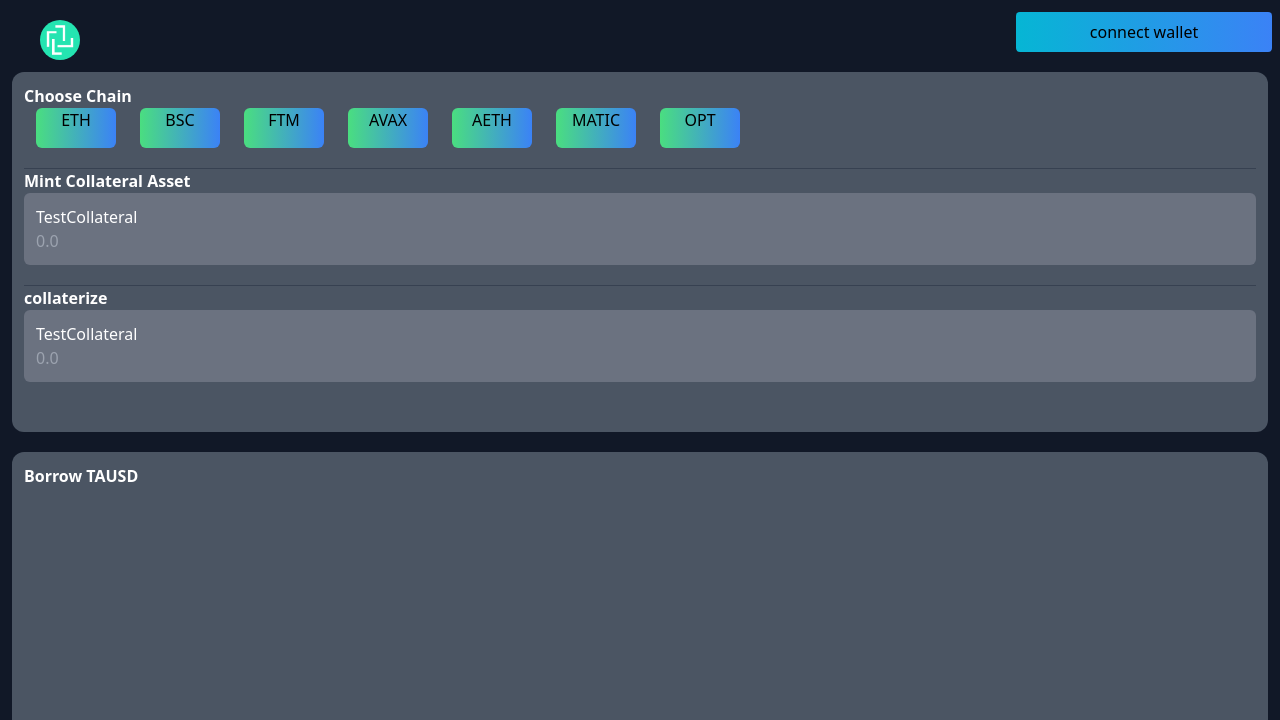
Repository: AstriaFinance/AstriaMvp
Page: /
These files come from the project's save history. The page is drawn as it stood at one moment and after the next save; the edit follows.
The browser window is 1280 px wide. The pictures show the whole page.
An inner scrolling area shows only its first screen. The project was rebuilt for these pictures with package versions that can differ from the ones it lists, and the page was loaded fresh each time. Also part of the build but not shown: src/components/Nav.jsx, src/components/ErrorPage.jsx.

Above is the page before, as saved 2022-07-04 10:38:07.

### src/index.css
@tailwind base;
@tailwind components;
@tailwind utilities;

@import url("https://fonts.googleapis.com/css2?family=Gentium+Book+Plus:ital@1&display=swap");

### src/App.js
import { Nav, Home, ErrorPage } from "./components";
import { BrowserRouter as Router, Routes, Route, Link } from "react-router-dom";
function App() {
  return (
    <Router>
      <Routes>
        <Route path="/" element={<Home />} />
        <Route path="/AstriaMvp" element={<Home />} />
        <Route path="*" element={<ErrorPage />} />
      </Routes>
    </Router>
  );
}

export default App;

### src/components/index.js
export { default as Nav } from "./Nav";
export { default as ErrorPage } from "./ErrorPage";
export { default as Home } from "./Home";

### src/components/Home.jsx
import React, { useEffect, useState } from "react";
import astriaPorta_abi from "../contracts/astriaPorta_abi.json";
import testEth_abi from "../contracts/testEth_abi";
import xap_abi from "../contracts/xap_abi.json";
import logo from "../static/astria2.jpg";
import { ethers } from "ethers";

const Home = () => {
  const contractAddress = "0x1b3781eA482113695622EF6C31Fb38c4e02C95A0";
  const testEthContractAddress = "0x8c5696f345827C2d5A7a2e48F815A428eCC87437";
  const xapContractAddress = "0x5272c7F5eA6E5F9bb88f20B9f47Bd0f29e5921EC";
  const [conButtonText, setConButtonText] = useState("connect wallet");
  const [errorMessage, setErrorMessage] = useState(null);
  const [defaultAccount, setDefaultAccount] = useState(null);
  const [provider, setProvider] = useState(null);
  const [signer, setSigner] = useState(null);
  const [contract, setContract] = useState(null);
  const [transferHash, setTransferHah] = useState(null);
  const [depositHash, setDepositHash] = useState(null);
  const [testEthContract, setTestEthContract] = useState(null);
  const [borrowHash, setBorrowHash] = useState(null);
  const [sendHash, setSendHash] = useState(null);
  const [xapContract, setxapContract] = useState(null);
  const [TausdBalance, setTausdBalance] = useState(null);
  const [TestBalance, setTestBalance] = useState(null);

  const connectWalletHandler = () => {
    if (window.ethereum) {
      window.ethereum
        .request({ method: "eth_requestAccounts" })
        .then((result) => {
          accountChangedHandler(result[0]);
          setConButtonText("Wallet connected");
        })
        .catch((error) => {
          setErrorMessage(error.message);
        });
    } else {
      console.log("Install Metamask");
      setErrorMessage("Please Install Metamask");
    }
    TausdbalanceHandler();
    testColleteralHandler();
  };

  const accountChangedHandler = (newAddress) => {
    setDefaultAccount(newAddress);
    updateEthers();
  };

  const updateEthers = () => {
    let tempProvider = new ethers.providers.Web3Provider(window.ethereum);
    let tempSigner = tempProvider.getSigner();
    let tempContract = new ethers.Contract(
      contractAddress,
      astriaPorta_abi,
      tempSigner
    );
    let testEthContract = new ethers.Contract(
      testEthContractAddress,
      testEth_abi,
      tempSigner
    );
    let xapContract = new ethers.Contract(
      xapContractAddress,
      xap_abi,
      tempSigner
    );
    setProvider(tempProvider);
    setSigner(tempSigner);
    setContract(tempContract);
    setTestEthContract(testEthContract);
    setxapContract(xapContract);
  };

  const mintHandler = async (e) => {
    e.preventDefault();
    let mintAmount = e.target.mintAmount.value;

    let txn = await contract.Mint(mintAmount);
    setTransferHah(txn);
  };

  const depositHandler = async (e) => {
    e.preventDefault();
    let depositAmount = e.target.depositAmount.value;

    let depositTxn = await contract.deposit(depositAmount);
    setDepositHash(depositTxn);
  };

  const borrowHandler = async (e) => {
    e.preventDefault();
    let borrowAmount = e.target.borrowAmount.value;
    let borrowtxn = await contract.borrow(borrowAmount);
    setBorrowHash(borrowtxn);
  };

  const sendTokenHandler = async (e) => {
    e.preventDefault();
    let messageFee = ethers.utils.parseEther("0.025");
    let tempSigner = signer.getAddress();
    let dstChainId = 10002;
    let to = tempSigner;
    let qty = e.target.qty.value;
    let zeroPaymentAddress = tempSigner;
    let adapterParam = "0x";
    let sendTokenTransaction = await xapContract.sendTokens(
      dstChainId,
      to,
      qty,
      zeroPaymentAddress,
      adapterParam,
      { value: ethers.utils.parseEther("0.01") }
    );
    setSendHash(sendTokenTransaction);
  };

  const approveTestEth = async (e) => {
    e.preventDefault();
    await testEthContract.approve(contractAddress, "9007199254740990");
  };

  const TausdbalanceHandler = async () => {
    let balanceTausdToken = await xapContract.balanceOf(defaultAccount);
    let balanceTausdNum = balanceTausdToken.toNumber();
    let decimals = await xapContract.decimals();
    let tokenBalance = balanceTausdNum / Math.pow(10, decimals);
    setTausdBalance(toFixed(tokenBalance));
  };

  const testColleteralHandler = async () => {
    let balanceTestToken = await testEthContract.balanceOf(defaultAccount);
    let balanceTestTokenNum = balanceTestToken.toNumber();
    let decimals = await testEthContract.decimals();
    let tokenBalance = balanceTestTokenNum / Math.pow(10, decimals);

    setTestBalance(toFixed(tokenBalance));
  };

  function toFixed(x) {
    if (Math.abs(x) < 1.0) {
      var e = parseInt(x.toString().split("e-")[1]);
      if (e) {
        x *= Math.pow(10, e - 1);
        x = "0." + new Array(e).join("0") + x.toString().substring(2);
      }
    } else {
      var e = parseInt(x.toString().split("+")[1]);
      if (e > 20) {
        e -= 20;
        x /= Math.pow(10, e);
        x += new Array(e + 1).join("0");
      }
    }
    return x;
  }
  useEffect(() => {
    if (contract != null) {
    }
  }, []);
  return (
    <div className="bg-gray-900 h-screen overflow-y-auto">
      <div className="flex justify-between">
        <img src={logo} alt="" className="h-10 mt-5 mx-10 rounded-full" />

        <button
          onClick={connectWalletHandler}
          className="bg-gradient-to-r from-cyan-500 to-blue-500 rounded w-64 h-10 mt-3 mr-2"
        >
          {conButtonText}
        </button>
      </div>
      <div className="bg-gray-600 rounded-xl h-1/2 mx-3 my-3 p-3 ">
        <h2 className="text-white font-bold ">Choose Chain</h2>
        <div className="flex  overflow-x-auto text-center">
          <div className=" bg-gradient-to-r from-green-400 to-blue-500 rounded-md h-10 w-20 items-center    mx-3">
            ETH
          </div>
          <div className="bg-gradient-to-r from-green-400 to-blue-500 rounded-md w-20  mx-3">
            BSC
          </div>
          <div className="bg-gradient-to-r from-green-400 to-blue-500 rounded-md w-20  mx-3">
            FTM
          </div>
          <div className="bg-gradient-to-r from-green-400 to-blue-500 rounded-md w-20  mx-3">
            AVAX
          </div>
          <div className="bg-gradient-to-r from-green-400 to-blue-500 rounded-md w-20  mx-3">
            AETH
          </div>
          <div className="bg-gradient-to-r from-green-400 to-blue-500 rounded-md w-20  mx-3">
            MATIC
          </div>
          <div className="bg-gradient-to-r from-green-400 to-blue-500 rounded-md w-20  mx-3 ">
            OPT
          </div>
        </div>

        <div>
          <div className="text-white font-bold mt-5  border-t border-gray-700">
            Mint Collateral Asset
          </div>
          <div className="bg-gray-500 p-3 rounded-md">
            <form action="">
              <div className="text-white font-thin">TestCollateral </div>
              <input
                type="number"
                placeholder="0.0"
                className="w-full bg-gray-500"
              />
            </form>
          </div>
        </div>

        <div>
          <div className="text-white font-bold mt-5  border-t border-gray-700">
            collaterize
          </div>
          <div className="bg-gray-500 p-3 rounded-md">
            <form action="">
              <div className="text-white font-thin">TestCollateral </div>
              <input
                type="number"
                placeholder="0.0"
                className="w-full bg-gray-500 "
              />
            </form>
          </div>
        </div>
      </div>
      <div className="bg-gray-600 rounded-xl h-1/2 mx-3 my-5 p-3 ">
        <h2 className="text-white font-bold ">Borrow TAUSD</h2>
      </div>
    </div>
  );
};

export default Home;

### src/contracts/astriaPorta_abi.json
[
	{
		"inputs": [
			{
				"internalType": "contract IXAP",
				"name": "_XAP",
				"type": "address"
			}
		],
		"stateMutability": "nonpayable",
		"type": "constructor"
	},
	{
		"anonymous": false,
		"inputs": [
			{
				"indexed": true,
				"internalType": "address",
				"name": "masterContract",
				"type": "address"
			},
			{
				"indexed": false,
				"internalType": "bytes",
				"name": "data",
				"type": "bytes"
			},
			{
				"indexed": true,
				"internalType": "address",
				"name": "cloneAddress",
				"type": "address"
			}
		],
		"name": "LogDeploy",
		"type": "event"
	},
	{
		"anonymous": false,
		"inputs": [
			{
				"indexed": false,
				"internalType": "address",
				"name": "to",
				"type": "address"
			},
			{
				"indexed": false,
				"internalType": "uint256",
				"name": "amount",
				"type": "uint256"
			}
		],
		"name": "Minted",
		"type": "event"
	},
	{
		"anonymous": false,
		"inputs": [
			{
				"indexed": false,
				"internalType": "address",
				"name": "from",
				"type": "address"
			},
			{
				"indexed": false,
				"internalType": "uint256",
				"name": "amount",
				"type": "uint256"
			}
		],
		"name": "borrowed",
		"type": "event"
	},
	{
		"anonymous": false,
		"inputs": [
			{
				"indexed": false,
				"internalType": "address",
				"name": "from",
				"type": "address"
			},
			{
				"indexed": false,
				"internalType": "uint256",
				"name": "amount",
				"type": "uint256"
			}
		],
		"name": "deposited",
		"type": "event"
	},
	{
		"inputs": [],
		"name": "BORROW_OPENING_FEE",
		"outputs": [
			{
				"internalType": "uint256",
				"name": "",
				"type": "uint256"
			}
		],
		"stateMutability": "view",
		"type": "function"
	},
	{
		"inputs": [],
		"name": "COLLATERIZATION_RATE",
		"outputs": [
			{
				"internalType": "uint256",
				"name": "",
				"type": "uint256"
			}
		],
		"stateMutability": "view",
		"type": "function"
	},
	{
		"inputs": [],
		"name": "LIQUIDATION_MULTIPLIER",
		"outputs": [
			{
				"internalType": "uint256",
				"name": "",
				"type": "uint256"
			}
		],
		"stateMutability": "view",
		"type": "function"
	},
	{
		"inputs": [
			{
				"internalType": "uint256",
				"name": "_amount",
				"type": "uint256"
			}
		],
		"name": "Mint",
		"outputs": [],
		"stateMutability": "nonpayable",
		"type": "function"
	},
	{
		"inputs": [],
		"name": "XAP",
		"outputs": [
			{
				"internalType": "contract IXAP",
				"name": "",
				"type": "address"
			}
		],
		"stateMutability": "view",
		"type": "function"
	},
	{
		"inputs": [
			{
				"internalType": "address",
				"name": "_spender",
				"type": "address"
			},
			{
				"internalType": "uint256",
				"name": "_amount",
				"type": "uint256"
			}
		],
		"name": "approve",
		"outputs": [],
		"stateMutability": "nonpayable",
		"type": "function"
	},
	{
		"inputs": [
			{
				"internalType": "uint256",
				"name": "amount",
				"type": "uint256"
			}
		],
		"name": "borrow",
		"outputs": [],
		"stateMutability": "nonpayable",
		"type": "function"
	},
	{
		"inputs": [
			{
				"internalType": "uint16",
				"name": "_dstChainId",
				"type": "uint16"
			},
			{
				"internalType": "bytes",
				"name": "_to",
				"type": "bytes"
			},
			{
				"internalType": "uint256",
				"name": "amount",
				"type": "uint256"
			},
			{
				"internalType": "address",
				"name": "_zroPaymentAddress",
				"type": "address"
			},
			{
				"internalType": "bytes",
				"name": "_adapterParam",
				"type": "bytes"
			}
		],
		"name": "borrowTo",
		"outputs": [],
		"stateMutability": "nonpayable",
		"type": "function"
	},
	{
		"inputs": [],
		"name": "collateral",
		"outputs": [
			{
				"internalType": "contract ITestETH",
				"name": "",
				"type": "address"
			}
		],
		"stateMutability": "view",
		"type": "function"
	},
	{
		"inputs": [
			{
				"internalType": "address",
				"name": "masterContract",
				"type": "address"
			},
			{
				"internalType": "bytes",
				"name": "data",
				"type": "bytes"
			},
			{
				"internalType": "bool",
				"name": "useCreate2",
				"type": "bool"
			}
		],
		"name": "deploy",
		"outputs": [
			{
				"internalType": "address",
				"name": "cloneAddress",
				"type": "address"
			}
		],
		"stateMutability": "payable",
		"type": "function"
	},
	{
		"inputs": [
			{
				"internalType": "uint256",
				"name": "amount",
				"type": "uint256"
			}
		],
		"name": "deposit",
		"outputs": [],
		"stateMutability": "payable",
		"type": "function"
	},
	{
		"inputs": [
			{
				"internalType": "address",
				"name": "",
				"type": "address"
			}
		],
		"name": "depositsToAmount",
		"outputs": [
			{
				"internalType": "uint256",
				"name": "",
				"type": "uint256"
			}
		],
		"stateMutability": "view",
		"type": "function"
	},
	{
		"inputs": [],
		"name": "feeTo",
		"outputs": [
			{
				"internalType": "address",
				"name": "",
				"type": "address"
			}
		],
		"stateMutability": "view",
		"type": "function"
	},
	{
		"inputs": [
			{
				"internalType": "bytes",
				"name": "data",
				"type": "bytes"
			}
		],
		"name": "init",
		"outputs": [],
		"stateMutability": "payable",
		"type": "function"
	},
	{
		"inputs": [
			{
				"internalType": "address",
				"name": "",
				"type": "address"
			}
		],
		"name": "masterContractOf",
		"outputs": [
			{
				"internalType": "address",
				"name": "",
				"type": "address"
			}
		],
		"stateMutability": "view",
		"type": "function"
	},
	{
		"inputs": [],
		"name": "oracle",
		"outputs": [
			{
				"internalType": "contract IOracle",
				"name": "",
				"type": "address"
			}
		],
		"stateMutability": "view",
		"type": "function"
	},
	{
		"inputs": [],
		"name": "oracleData",
		"outputs": [
			{
				"internalType": "bytes",
				"name": "",
				"type": "bytes"
			}
		],
		"stateMutability": "view",
		"type": "function"
	},
	{
		"inputs": [
			{
				"internalType": "contract ITestETH",
				"name": "_collateral",
				"type": "address"
			}
		],
		"name": "setTestColleteral",
		"outputs": [],
		"stateMutability": "nonpayable",
		"type": "function"
	},
	{
		"inputs": [],
		"name": "testColleteral",
		"outputs": [
			{
				"internalType": "contract ITestETH",
				"name": "",
				"type": "address"
			}
		],
		"stateMutability": "view",
		"type": "function"
	},
	{
		"inputs": [],
		"name": "totalDeposits",
		"outputs": [
			{
				"internalType": "uint256",
				"name": "",
				"type": "uint256"
			}
		],
		"stateMutability": "view",
		"type": "function"
	}
]

### src/contracts/testEth_abi.json
[
	{
		"inputs": [],
		"stateMutability": "nonpayable",
		"type": "constructor"
	},
	{
		"anonymous": false,
		"inputs": [
			{
				"indexed": true,
				"internalType": "address",
				"name": "owner",
				"type": "address"
			},
			{
				"indexed": true,
				"internalType": "address",
				"name": "spender",
				"type": "address"
			},
			{
				"indexed": false,
				"internalType": "uint256",
				"name": "value",
				"type": "uint256"
			}
		],
		"name": "Approval",
		"type": "event"
	},
	{
		"anonymous": false,
		"inputs": [
			{
				"indexed": true,
				"internalType": "address",
				"name": "previousOwner",
				"type": "address"
			},
			{
				"indexed": true,
				"internalType": "address",
				"name": "newOwner",
				"type": "address"
			}
		],
		"name": "OwnershipTransferred",
		"type": "event"
	},
	{
		"anonymous": false,
		"inputs": [
			{
				"indexed": true,
				"internalType": "address",
				"name": "from",
				"type": "address"
			},
			{
				"indexed": true,
				"internalType": "address",
				"name": "to",
				"type": "address"
			},
			{
				"indexed": false,
				"internalType": "uint256",
				"name": "value",
				"type": "uint256"
			}
		],
		"name": "Transfer",
		"type": "event"
	},
	{
		"inputs": [
			{
				"internalType": "address",
				"name": "owner",
				"type": "address"
			},
			{
				"internalType": "address",
				"name": "spender",
				"type": "address"
			}
		],
		"name": "allowance",
		"outputs": [
			{
				"internalType": "uint256",
				"name": "",
				"type": "uint256"
			}
		],
		"stateMutability": "view",
		"type": "function"
	},
	{
		"inputs": [
			{
				"internalType": "address",
				"name": "spender",
				"type": "address"
			},
			{
				"internalType": "uint256",
				"name": "amount",
				"type": "uint256"
			}
		],
		"name": "approve",
		"outputs": [
			{
				"internalType": "bool",
				"name": "",
				"type": "bool"
			}
		],
		"stateMutability": "nonpayable",
		"type": "function"
	},
	{
		"inputs": [
			{
				"internalType": "address",
				"name": "account",
				"type": "address"
			}
		],
		"name": "balanceOf",
		"outputs": [
			{
				"internalType": "uint256",
				"name": "",
				"type": "uint256"
			}
		],
		"stateMutability": "view",
		"type": "function"
	},
	{
		"inputs": [
			{
				"internalType": "uint256",
				"name": "amount",
				"type": "uint256"
			}
		],
		"name": "burn",
		"outputs": [],
		"stateMutability": "nonpayable",
		"type": "function"
	},
	{
		"inputs": [
			{
				"internalType": "address",
				"name": "account",
				"type": "address"
			},
			{
				"internalType": "uint256",
				"name": "amount",
				"type": "uint256"
			}
		],
		"name": "burnFrom",
		"outputs": [],
		"stateMutability": "nonpayable",
		"type": "function"
	},
	{
		"inputs": [],
		"name": "decimals",
		"outputs": [
			{
				"internalType": "uint8",
				"name": "",
				"type": "uint8"
			}
		],
		"stateMutability": "view",
		"type": "function"
	},
	{
		"inputs": [
			{
				"internalType": "address",
				"name": "spender",
				"type": "address"
			},
			{
				"internalType": "uint256",
				"name": "subtractedValue",
				"type": "uint256"
			}
		],
		"name": "decreaseAllowance",
		"outputs": [
			{
				"internalType": "bool",
				"name": "",
				"type": "bool"
			}
		],
		"stateMutability": "nonpayable",
		"type": "function"
	},
	{
		"inputs": [
			{
				"internalType": "address",
				"name": "spender",
				"type": "address"
			},
			{
				"internalType": "uint256",
				"name": "addedValue",
				"type": "uint256"
			}
		],
		"name": "increaseAllowance",
		"outputs": [
			{
				"internalType": "bool",
				"name": "",
				"type": "bool"
			}
		],
		"stateMutability": "nonpayable",
		"type": "function"
	},
	{
		"inputs": [
			{
				"internalType": "address",
				"name": "to",
				"type": "address"
			},
			{
				"internalType": "uint256",
				"name": "amount",
				"type": "uint256"
			}
		],
		"name": "mint",
		"outputs": [],
		"stateMutability": "nonpayable",
		"type": "function"
	},
	{
		"inputs": [],
		"name": "name",
		"outputs": [
			{
				"internalType": "string",
				"name": "",
				"type": "string"
			}
		],
		"stateMutability": "view",
		"type": "function"
	},
	{
		"inputs": [],
		"name": "owner",
		"outputs": [
			{
				"internalType": "address",
				"name": "",
				"type": "address"
			}
		],
		"stateMutability": "view",
		"type": "function"
	},
	{
		"inputs": [],
		"name": "renounceOwnership",
		"outputs": [],
		"stateMutability": "nonpayable",
		"type": "function"
	},
	{
		"inputs": [],
		"name": "symbol",
		"outputs": [
			{
				"internalType": "string",
				"name": "",
				"type": "string"
			}
		],
		"stateMutability": "view",
		"type": "function"
	},
	{
		"inputs": [],
		"name": "totalSupply",
		"outputs": [
			{
				"internalType": "uint256",
				"name": "",
				"type": "uint256"
			}
		],
		"stateMutability": "view",
		"type": "function"
	},
	{
		"inputs": [
			{
				"internalType": "address",
				"name": "to",
				"type": "address"
			},
			{
				"internalType": "uint256",
				"name": "amount",
				"type": "uint256"
			}
		],
		"name": "transfer",
		"outputs": [
			{
				"internalType": "bool",
				"name": "",
				"type": "bool"
			}
		],
		"stateMutability": "nonpayable",
		"type": "function"
	},
	{
		"inputs": [
			{
				"internalType": "address",
				"name": "from",
				"type": "address"
			},
			{
				"internalType": "address",
				"name": "to",
				"type": "address"
			},
			{
				"internalType": "uint256",
				"name": "amount",
				"type": "uint256"
			}
		],
		"name": "transferFrom",
		"outputs": [
			{
				"internalType": "bool",
				"name": "",
				"type": "bool"
			}
		],
		"stateMutability": "nonpayable",
		"type": "function"
	},
	{
		"inputs": [
			{
				"internalType": "address",
				"name": "newOwner",
				"type": "address"
			}
		],
		"name": "transferOwnership",
		"outputs": [],
		"stateMutability": "nonpayable",
		"type": "function"
	}
]

Loaded but not shown: public/index.html (common file); src/index.js (common file); src/reportWebVitals.js (common file); tailwind.config.js (common file); src/contracts/xap_abi.json (735 lines, source omitted)

After the next save:
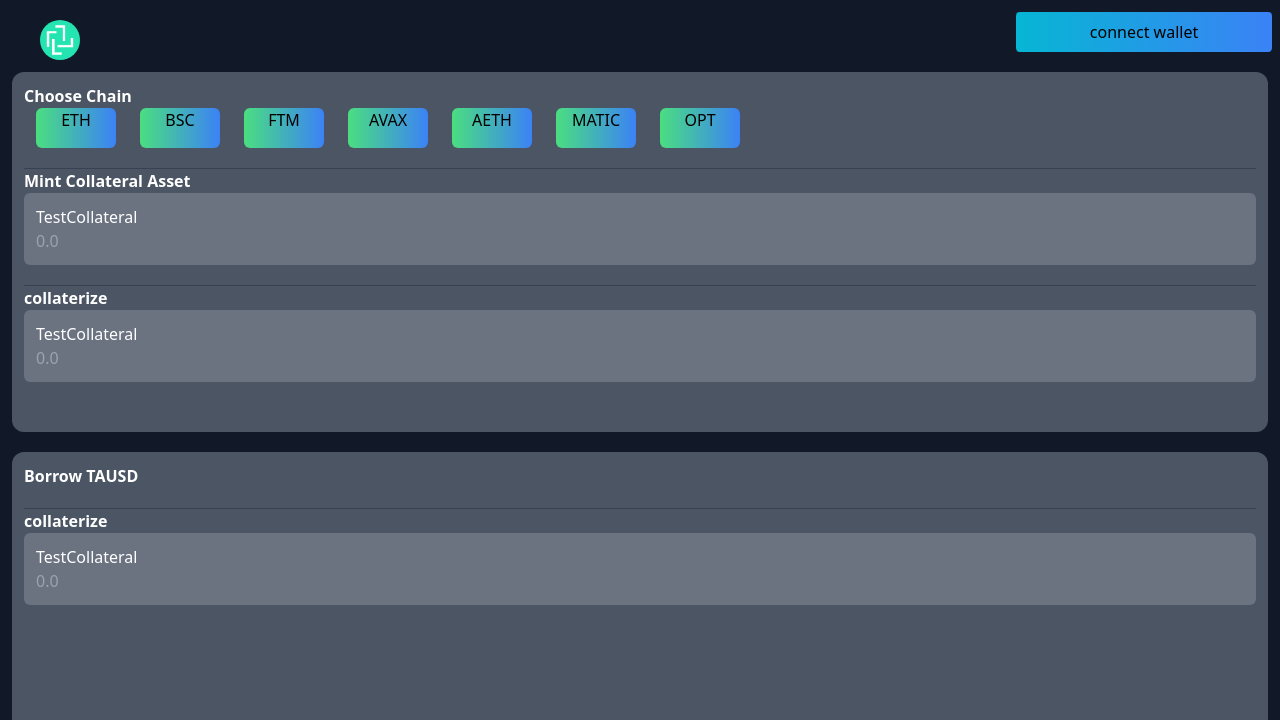
Saved 30 s later.
--- a/src/components/Home.jsx
+++ b/src/components/Home.jsx
@@ -231,6 +231,21 @@ const Home = () => {
       </div>
       <div className="bg-gray-600 rounded-xl h-1/2 mx-3 my-5 p-3 ">
         <h2 className="text-white font-bold ">Borrow TAUSD</h2>
+        <div>
+          <div className="text-white font-bold mt-5  border-t border-gray-700">
+            collaterize
+          </div>
+          <div className="bg-gray-500 p-3 rounded-md">
+            <form action="">
+              <div className="text-white font-thin">TestCollateral </div>
+              <input
+                type="number"
+                placeholder="0.0"
+                className="w-full bg-gray-500 "
+              />
+            </form>
+          </div>
+        </div>
       </div>
     </div>
   );
